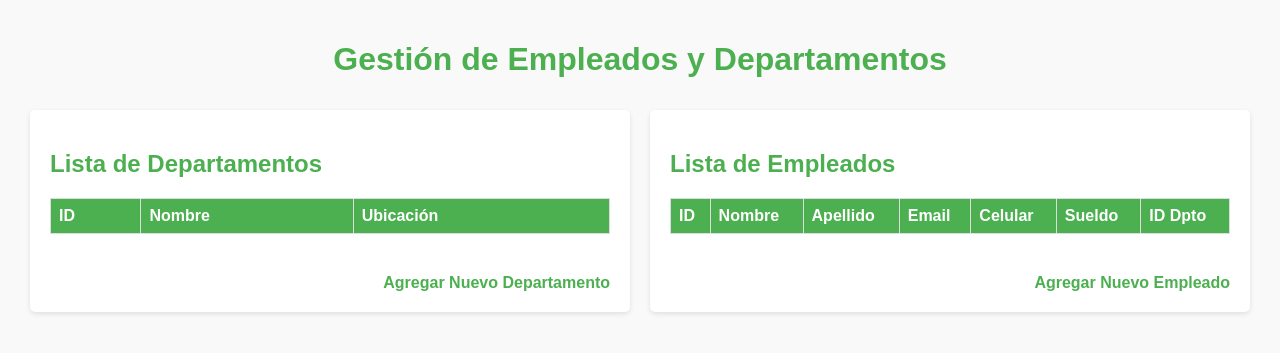
Repository: Jhamp14/proyecto_lenguaje
Page: http://localhost/index
These files come from the project's save history. The page is drawn as it stood at one moment and after the next save; the edit follows.
The browser window is 1280 px wide. The pictures show the whole page.
The page is this project's Thymeleaf template; nobody is signed in. The template is opened directly, without the code that normally fills it, so the values that code supplies are empty.

Above is the page before, as saved 2024-10-20 19:25:33.

After the next save:
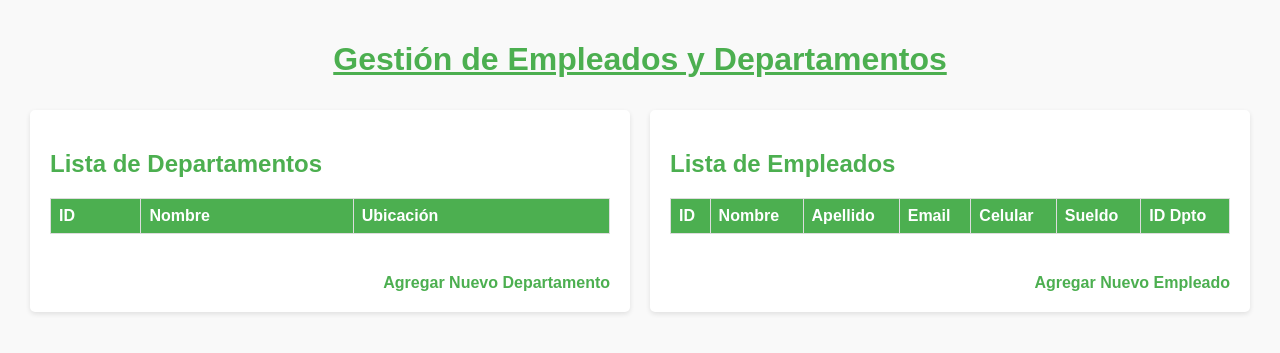
Saved 91 s later.
--- a/demo/src/main/resources/static/css/styles.css
+++ b/demo/src/main/resources/static/css/styles.css
@@ -9,6 +9,7 @@ body {
 h1 {
     color: #4CAF50;
     text-align: center;
+	text-decoration: underline;
 }
 
 .container {
